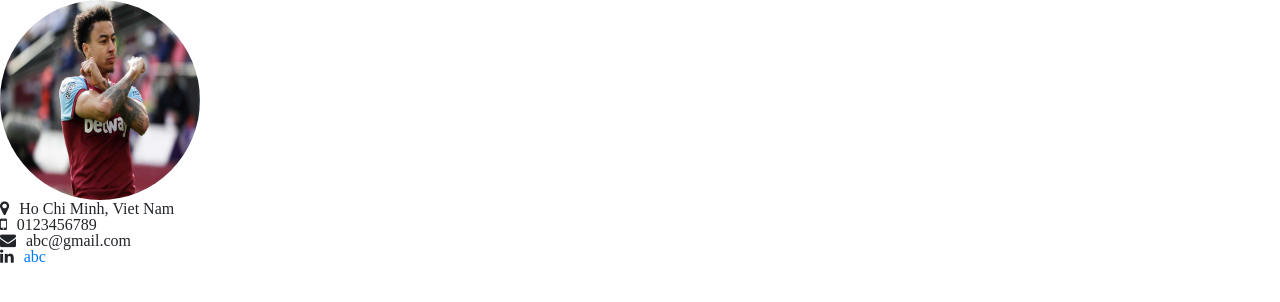
Repository: khoibanh113/mycv
Page: /
An editor plug-in stored every save of this project. The page is shown before and after the next save, followed by the edit.
The browser window is 1280 px wide. The pictures show the whole page.
The project was rebuilt for these pictures with package versions that can differ from the ones it lists, and the page was loaded fresh each time.

Above is the page before, as saved 2021-03-30 14:31:25.

After the next save:
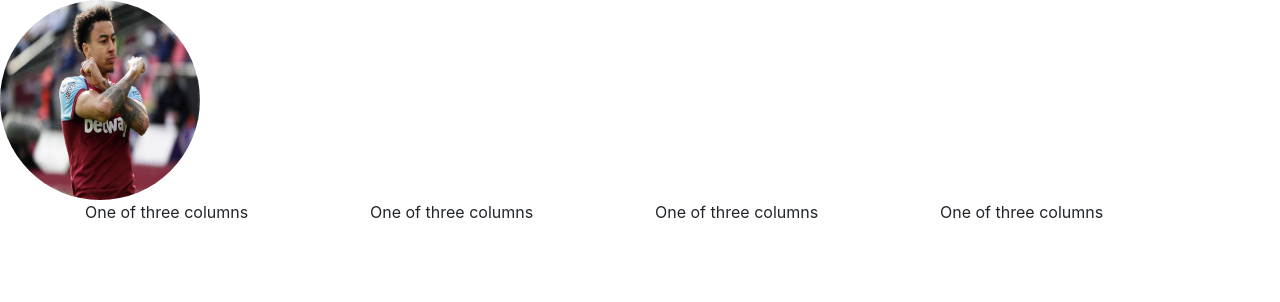
Saved 2 min 13 s later.
--- a/src/component/contact.js
+++ b/src/component/contact.js
@@ -17,20 +17,22 @@
     render(){
         return(
             <div className="container-contact">
-                <ul className="address-line">
-                    <li className="fa fa-map-marker">
-                        <span>{this.location}</span>
-                    </li>
-                    <li className="fa fa-mobile" >
-                        <span>{this.phone}</span>
-                    </li>
-                    <li className="fa fa-envelope">
-                        <span>{this.email}</span>
-                    </li>
-                    <li className="fa fa-linkedin">
-                        <a href={this.linkedin} >{this.linkedin}</a>
-                    </li>
-                </ul>
+                <div class="container">
+                    <div class="row">
+                        <div class="col-sm">
+                            One of three columns
+                        </div>
+                        <div class="col-sm">
+                            One of three columns
+                        </div>
+                        <div class="col-sm">
+                            One of three columns
+                        </div>
+                        <div class="col-sm">
+                            One of three columns
+                        </div>
+                    </div>
+                </div>
             </div>
 
         )
